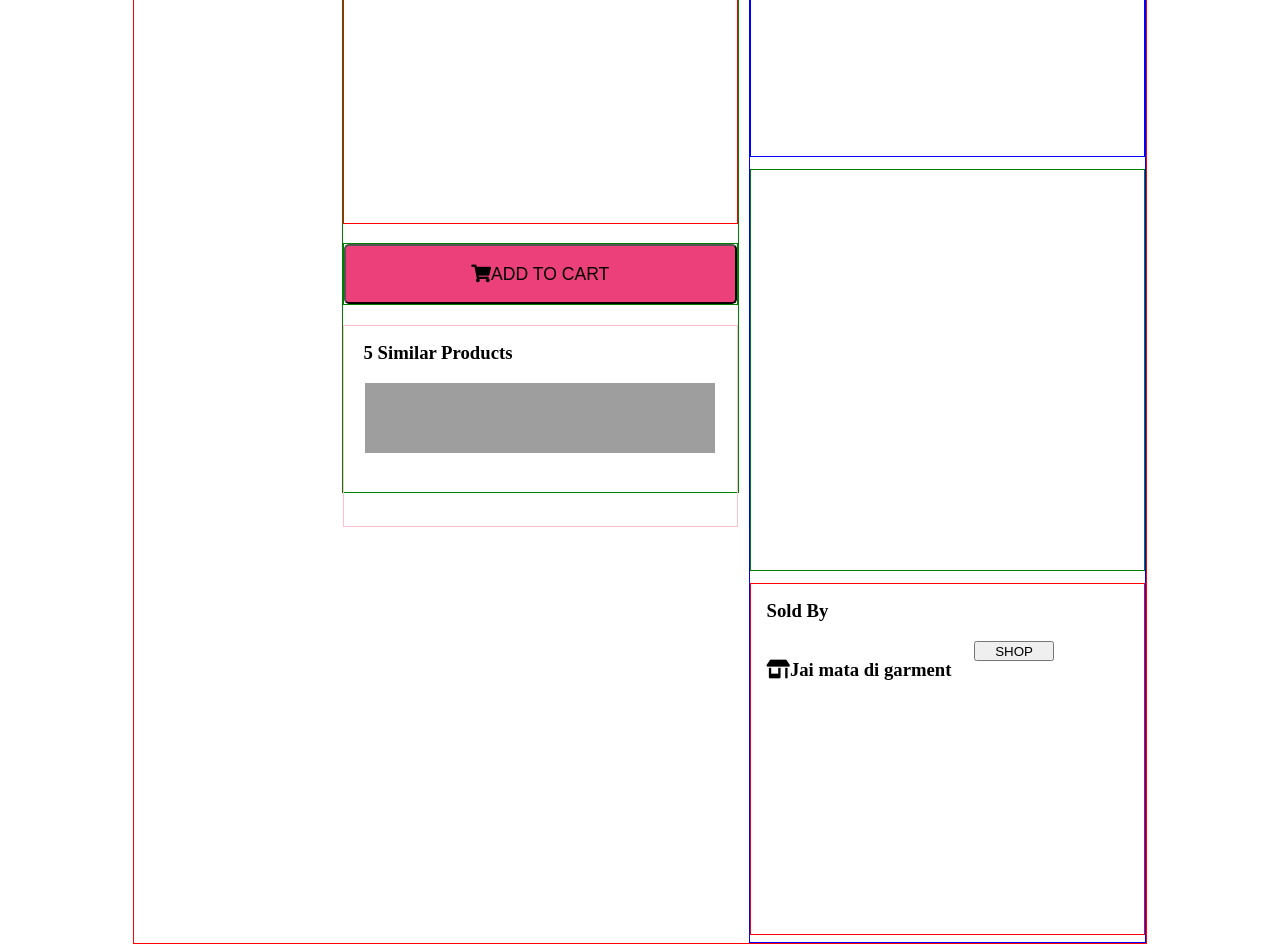
Repository: deepakxxxx/meesho
Page: catelog.html
These files come from the project's save history. The page is drawn as it stood at one moment and after the next save; the edit follows.
The browser window is 1280 px wide. The pictures show the part of the page from y = 419 to 1371 px (the page is 1371 px tall).
Pictures or frames that could not be fetched are drawn as grey boxes. A picture or video elsewhere on the page could not be fetched, so the positions and the page height are approximate.

Above is the page before, as saved 2021-11-06 17:44:32.

After the next save:
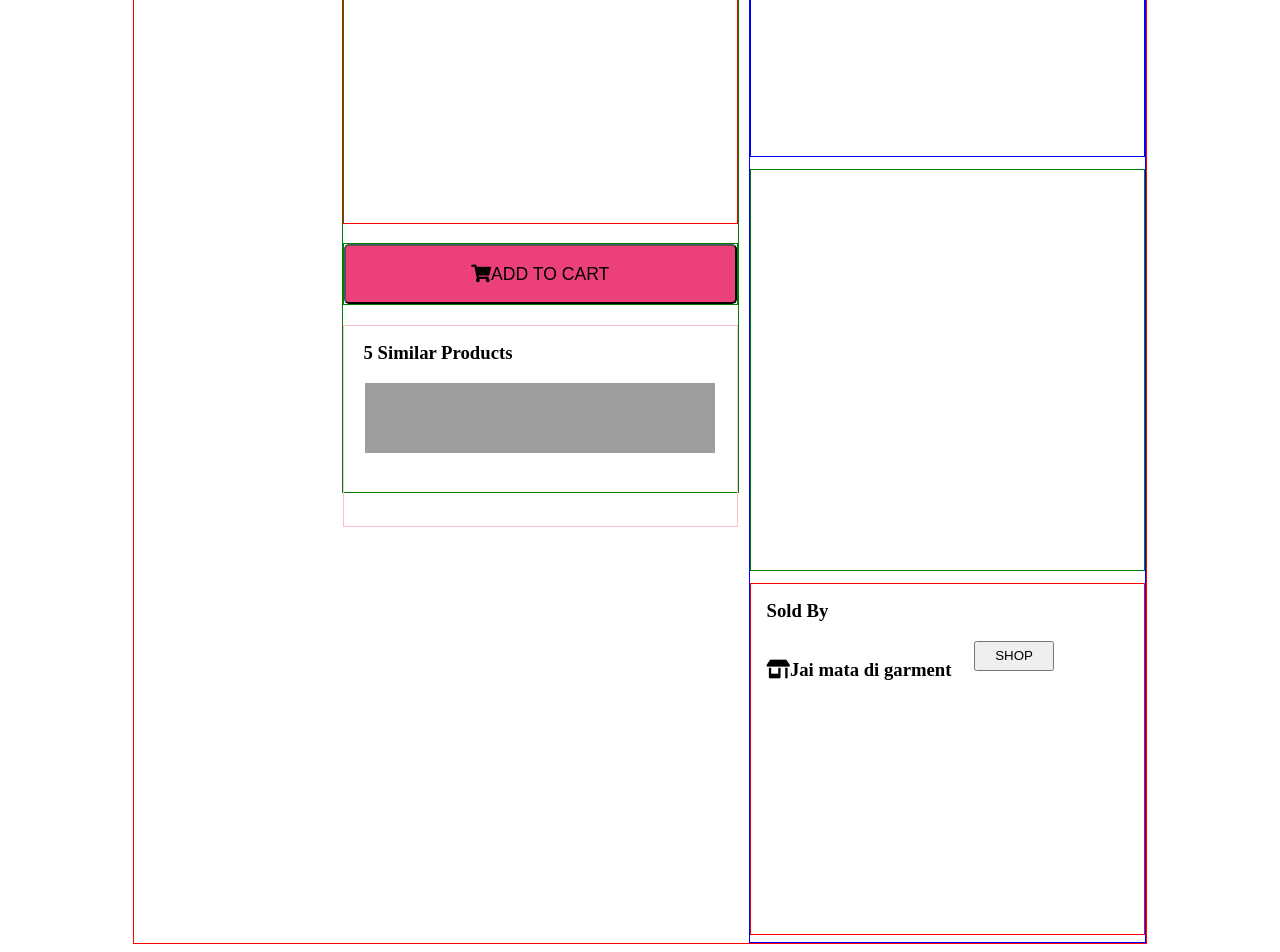
Saved 7 s later.
--- a/catelog.html
+++ b/catelog.html
@@ -223,7 +223,7 @@
     }
     #sho > button{
         width: 80px;
-        height: 20px;
+        height: 30px;
     }
 </style>
 <body>
